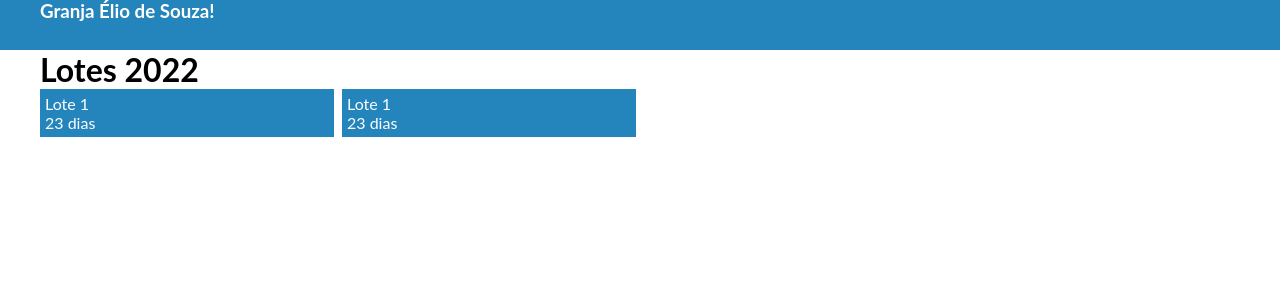
Repository: JoaoNahid/adminSystem
Page: / (app in client/)
An editor plug-in stored every save of this project. The page is shown before and after the next save, followed by the edit.
The browser window is 1280 px wide. The pictures show the whole page.
The project was rebuilt for these pictures with package versions that can differ from the ones it lists, and the page was loaded fresh each time. Also part of the build but not shown: client/src/App.css, client/src/routes/login.js, client/src/routes/cadastro.js, client/src/routes/404.js.

Above is the page before, as saved 2022-04-20 21:26:06.

After the next save:
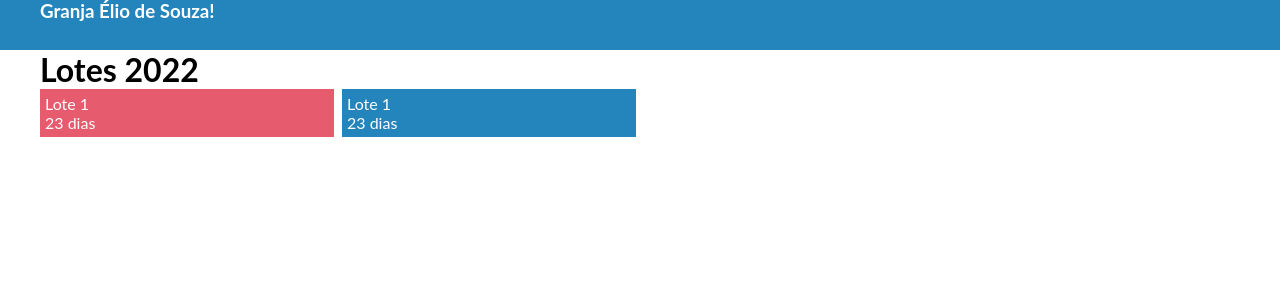
Saved 61 s later.
--- a/client/src/css/style.css
+++ b/client/src/css/style.css
@@ -388,6 +388,12 @@ input:focus{
 .boxLote{
   padding: 5px;
   text-align: left;
+
+  color: #fff;
+}
+.loteFechado{
+  background-color: rgb(230, 91, 109);
+}
+.loteAberto{
   background-color: rgb(36, 133, 189);
-  color: #fff;
-}
+}
